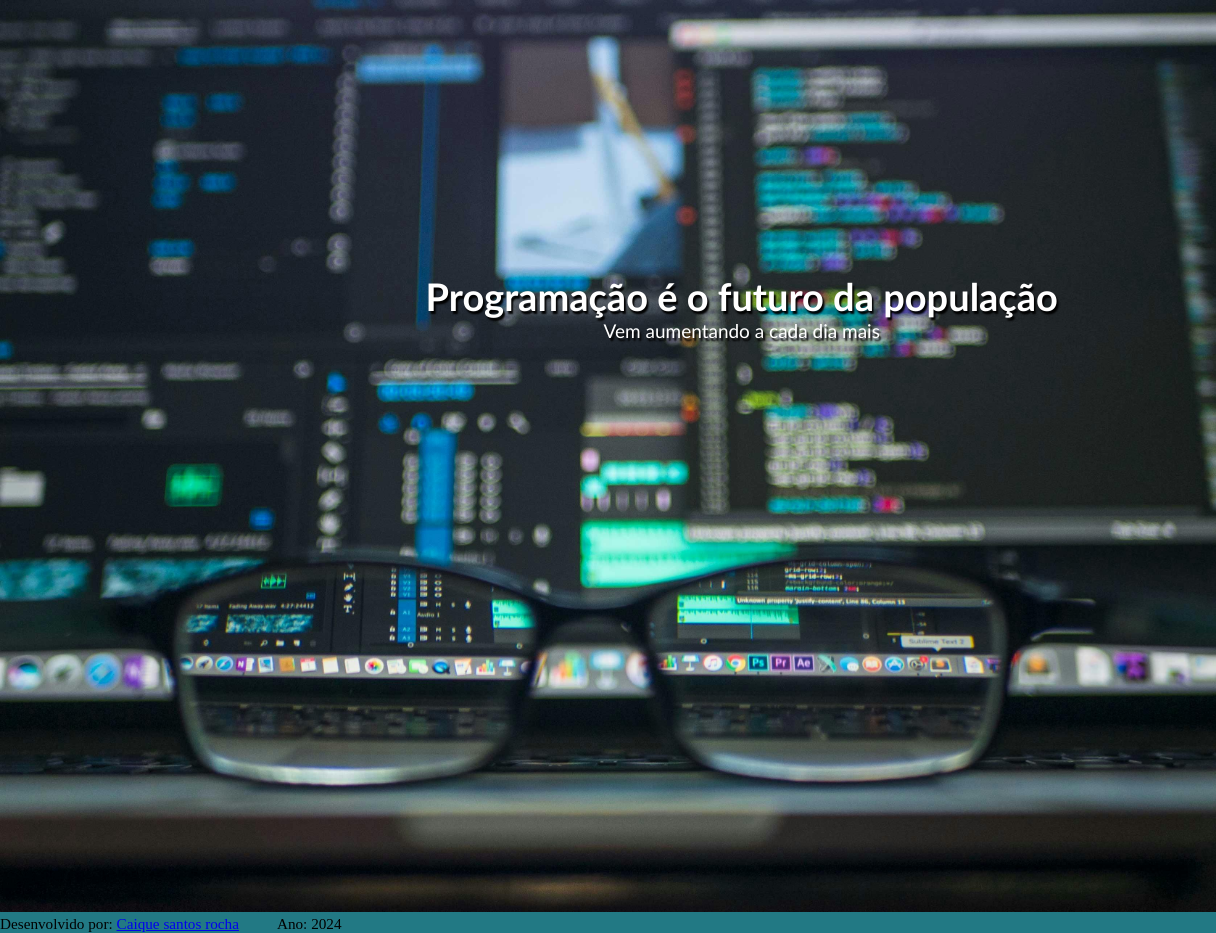
Repository: Caiquedev123/Sites
Page: index.html
These files come from the project's save history. The page is drawn as it stood at one moment and after a run of saves; the edit follows.
The browser window is 1280 px wide. The pictures show the whole page, at 95% of full size.

Above is the page before, as saved 2024-07-22 17:20:28.

### index.html
<!DOCTYPE html>
<html lang="en">
<head>
    <meta charset="UTF-8">
    <meta name="viewport" content="width=device-width, initial-scale=1.0">
    <title>Projeto</title>
    <link rel="stylesheet" href="style.css">
    <link rel="stylesheet" href="./reset.css">
</head>
<body>
    <div class="container">
        <h1>Programação é o futuro da população</h1>
        <p>Vem aumentando a cada dia mais</p>
    </div>
    <section class="imagens">
        <img src="./imagem/Progrmação.jpg" alt="programação">
    </section>
    <footer>
        <p>Desenvolvido por: <a href="https://github.com/">Caique santos rocha</a>
            <p>Ano: 2024</p>
    </footer>
</body>
</html>

### style.css
body{background-color: rgb(34, 121, 132);}

.container{
    position: absolute;
    z-index: 1;
    text-align: center;
    left: 35%;
    top: 40%;
    color: rgb(255, 255, 255);
    font-family: 'Gill Sans', 'Gill Sans MT', Calibri, 'Trebuchet MS', sans-serif;
    font-size: 20px;
    text-shadow: 2px 3px 2px black;
}

img{
    width: 100%;
    object-fit: cover;
    position: relative;
}

footer{
    display: flex;
    gap: 40px;
    padding: ;
}

Loaded but not shown: reset.css (common file)

After the next 2 saves:
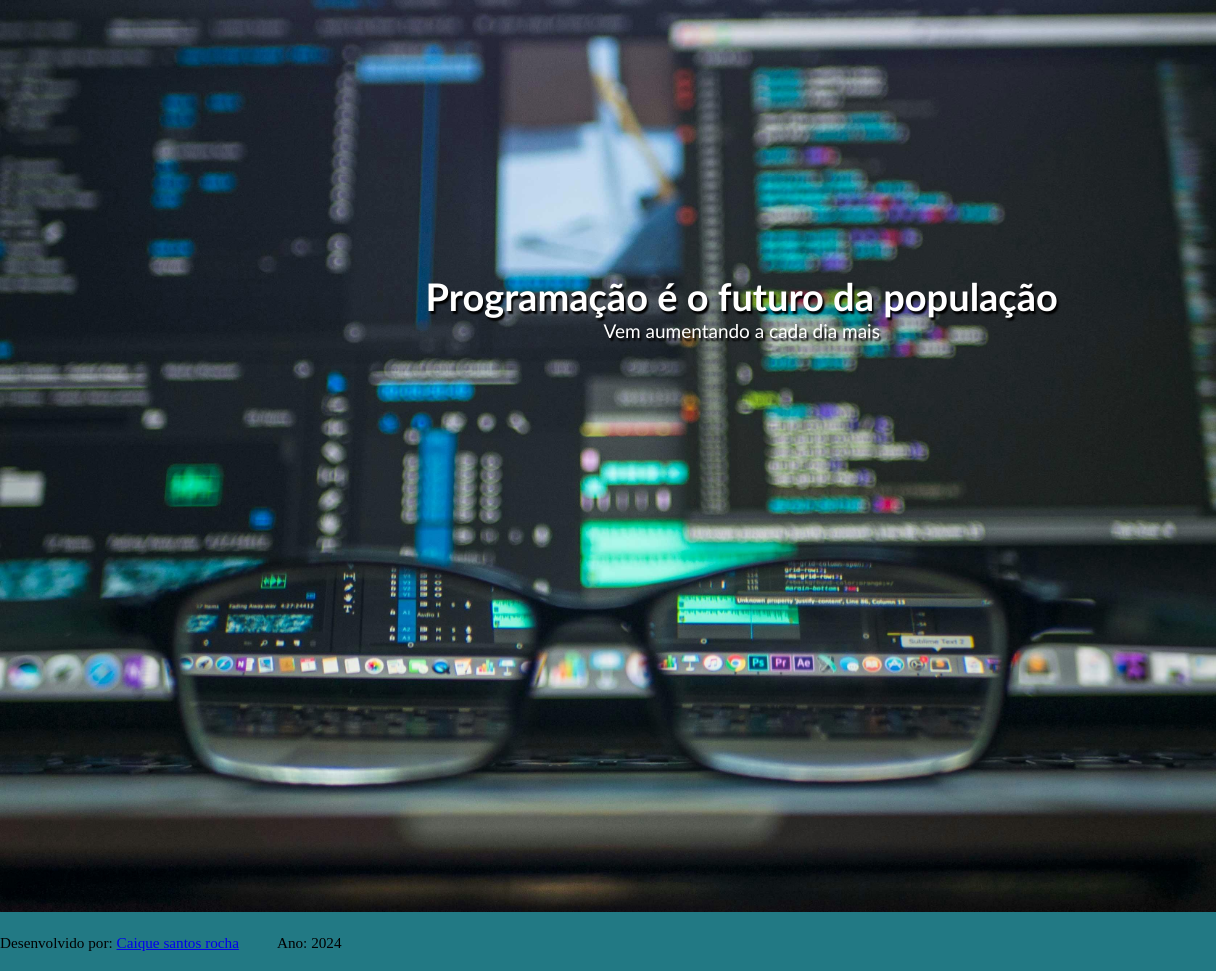
The 2 saves are shown as one change because they came seconds apart.
The last was saved 8 s later.
--- a/style.css
+++ b/style.css
@@ -21,5 +21,5 @@
 footer{
     display: flex;
     gap: 40px;
-    padding: ;
+    padding: 20px 0  ;
 }
